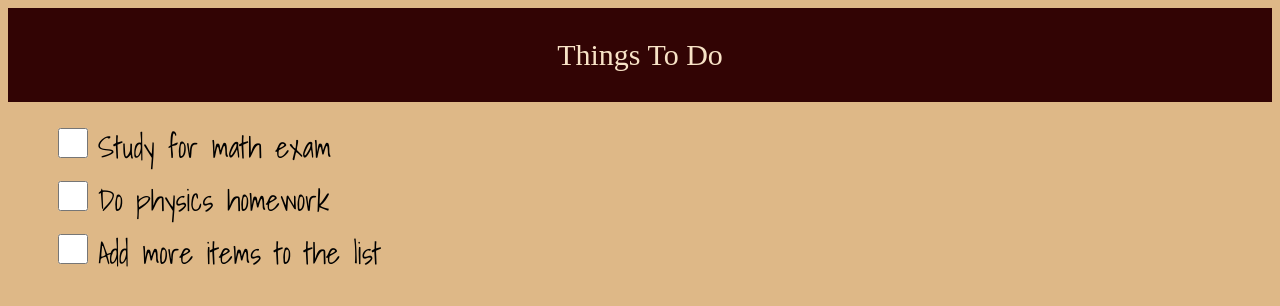
Repository: riya10483/pomodoro
Page: todo.html
An editor plug-in stored every save of this project. The page is shown before and after the next save, followed by the edit.
The browser window is 1280 px wide. The pictures show the whole page.
Some web fonts or font styles are not loaded; a fallback is used.

Above is the page before, as saved 2024-09-28 19:03:54.

### todo.html
<!DOCTYPE html>
<html lang="en">
<head>
    <meta charset="UTF-8">
    <style>
        @import url('https://fonts.googleapis.com/css2?family=Rye&display=swap');
    </style>
    <style>
        @import url('https://fonts.googleapis.com/css2?family=Shadows+Into+Light&display=swap');
    </style>
    <style>
        @import url('https://fonts.googleapis.com/css2?family=Peralta&family=Rye&display=swap');
    </style>
    <meta name="viewport" content="width=device-width, initial-scale=1.0">
    <title>To Do List</title>
    <link rel="stylesheet" href="todo.css">
</head>
<body>
    <div id="header">Things To Do</div>
    <ul>
        <li><input type="checkbox">Study for math exam</li>
        <li><input type="checkbox">Do physics homework</li>
        <li><input type="checkbox">Add more items to the list</li>
    </ul>
</body>
</html>

### todo.css
* {
    background-color:burlywood;
}
#header {
    color:rgb(247, 226, 198);
    padding: 30px;
    background-color:rgb(50, 4, 4);
    text-align: center;
    font-family: Rye;
    font-size: 30px;
}

li {
    font-size: 30px;
    font-family: "Shadows Into Light";
    list-style: none;
}

input {
    width: 30px;
    height: 30px;
    margin: 10px ;
}

After the next save:
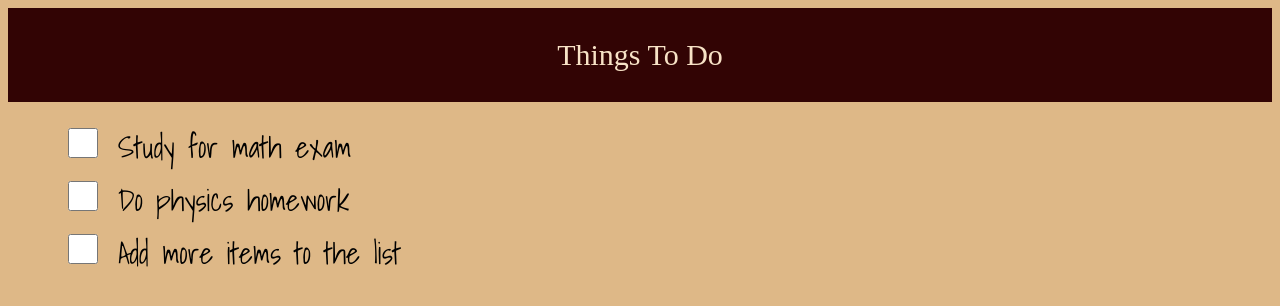
Saved 4 s later.
--- a/todo.css
+++ b/todo.css
@@ -19,5 +19,5 @@ li {
 input {
     width: 30px;
     height: 30px;
-    margin: 10px ;
+    margin: 10px 20px;
 }
